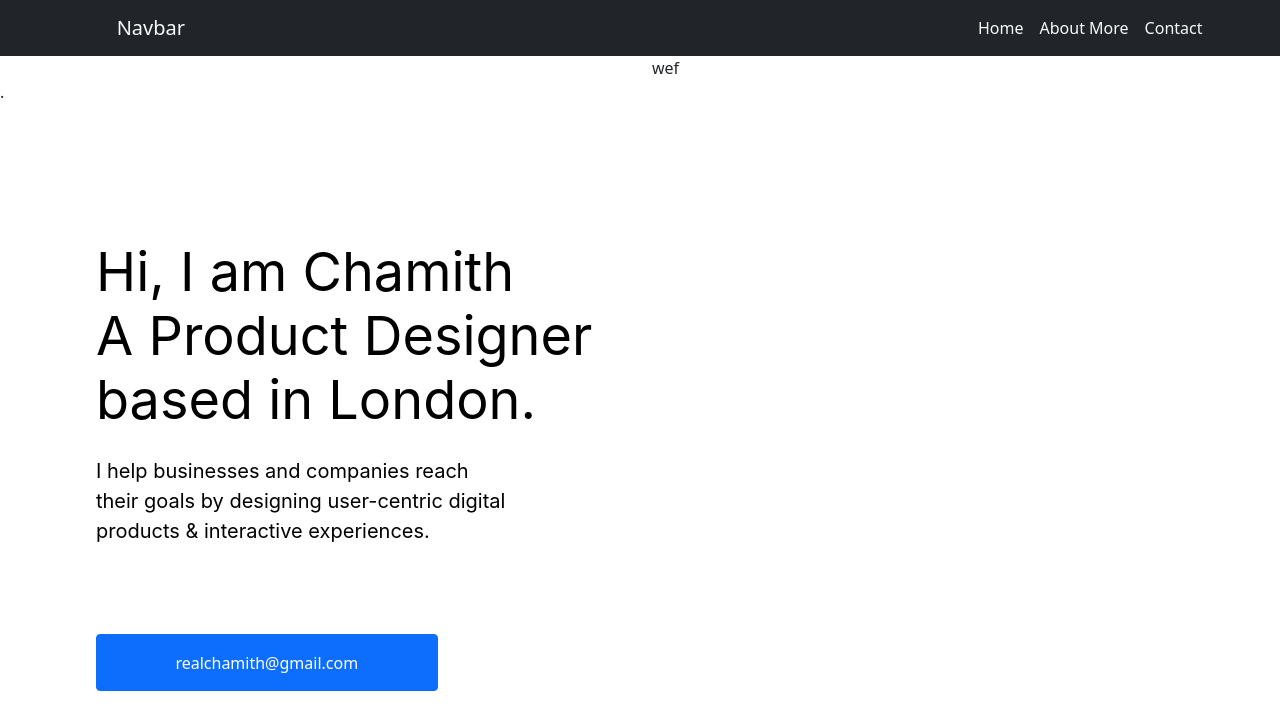
Repository: Realchamithweb/chamith-html
Page: index.html
The author's editor kept a copy of each file at every save. The page is drawn from the files as they stood at one save, then again after the next save.
The browser window is 1280 px wide. The pictures show the whole page.

Above is the page before, as saved 2023-01-02 20:56:06.

### index.html
<!doctype html>
<html lang="en">
  <head>
    <!-- Required meta tags -->
    <meta charset="utf-8">
    <meta name="viewport" content="width=device-width, initial-scale=1">
    <link rel="stylesheet" href="/css/style.css">
    <!-- Bootstrap CSS -->
    <link href="https://cdn.jsdelivr.net/npm/bootstrap@5.0.2/dist/css/bootstrap.min.css" rel="stylesheet" integrity="sha384-EVSTQN3/azprG1Anm3QDgpJLIm9Nao0Yz1ztcQTwFspd3yD65VohhpuuCOmLASjC" crossorigin="anonymous">

    <title>Hello, world!</title>
  </head>
  <body>
        <div class="head">
            <nav class="navbar navbar-expand-lg navbar-light bg-dark">
                <div class="container-fluid">
                    <div class="col-md-1"></div>
                <a class="navbar-brand col-md-8 text-light" href="#">Navbar</a>
                <button class="navbar-toggler" type="button" data-bs-toggle="collapse" data-bs-target="#navbarNavDropdown" aria-controls="navbarNavDropdown" aria-expanded="false" aria-label="Toggle navigation">
                    <span class="navbar-toggler-icon"></span>
                </button>
                <div class="collapse navbar-collapse" id="navbarNavDropdown">
                    <ul class="navbar-nav">
                    <li class="nav-item">
                        <a class="nav-link active text-light" aria-current="page" href="#">Home</a>
                    </li>
                    <li class="nav-item">
                        <a class="nav-link text-light" href="about-more.html">About More</a>
                    </li>
                    <li class="nav-item">
                        <a class="nav-link text-light" href="contact.html">Contact</a>
                    </li>
                    </ul>
                </div>
                </div>
            </nav>
        </div>


        <div class="hero">
            <div class="container-fluid">
                <div class="row">
                    <div class="col-lg-6">
                        <p class="hero-title">Hi, I am Chamith<br>
                            A Product Designer<br>
                            based in London.
                        </p>
                        <p class="hero-text">
                            I help businesses and companies reach <br>
                            their goals by designing user-centric digital <br>
                            products & interactive experiences.
                        </p>
                        <button class="btn btn-primary hero-btn" type="button">realchamith@gmail.com</button>
                    </div>
                    <div class="col-lg-6">
    wef
                    </div>
                </div>
            </div>
        </div>
        .



    <!-- Optional JavaScript; choose one of the two! -->

    <!-- Option 1: Bootstrap Bundle with Popper -->
    <script src="https://cdn.jsdelivr.net/npm/bootstrap@5.0.2/dist/js/bootstrap.bundle.min.js" integrity="sha384-MrcW6ZMFYlzcLA8Nl+NtUVF0sA7MsXsP1UyJoMp4YLEuNSfAP+JcXn/tWtIaxVXM" crossorigin="anonymous"></script>

    <!-- Option 2: Separate Popper and Bootstrap JS -->
    <!--
    <script src="https://cdn.jsdelivr.net/npm/@popperjs/core@2.9.2/dist/umd/popper.min.js" integrity="sha384-IQsoLXl5PILFhosVNubq5LC7Qb9DXgDA9i+tQ8Zj3iwWAwPtgFTxbJ8NT4GN1R8p" crossorigin="anonymous"></script>
    <script src="https://cdn.jsdelivr.net/npm/bootstrap@5.0.2/dist/js/bootstrap.min.js" integrity="sha384-cVKIPhGWiC2Al4u+LWgxfKTRIcfu0JTxR+EQDz/bgldoEyl4H0zUF0QKbrJ0EcQF" crossorigin="anonymous"></script>
    -->
  </body>
</html>

### css/style.css
.hero-title{
    position: absolute;
    width: 824px;
    height: 192px;
    left: 96px;
    top: 240px;

    font-family: 'Inter';
    font-style: normal;
    font-weight: 400;
    font-size: 54px;
    line-height: 64px;
    color: #000000;
}

.hero-text{
    position: absolute;
    width: 824px;
    height: 90px;
    left: 96px;
    top: 456px;

    font-family: 'Inter';
    font-style: normal;
    font-weight: 400;
    font-size: 20px;
    line-height: 30px;
    /* or 150% */
    color: #000000
}

.hero-btn{
    box-sizing: border-box;
    position: absolute;
    width: 341.57px;
    height: 57px;
    left: 96px;
    top: 634px;

    background: #FFFFFF;
    border: 1px solid #000000;
    border-radius: 4px;
}

After the next save:
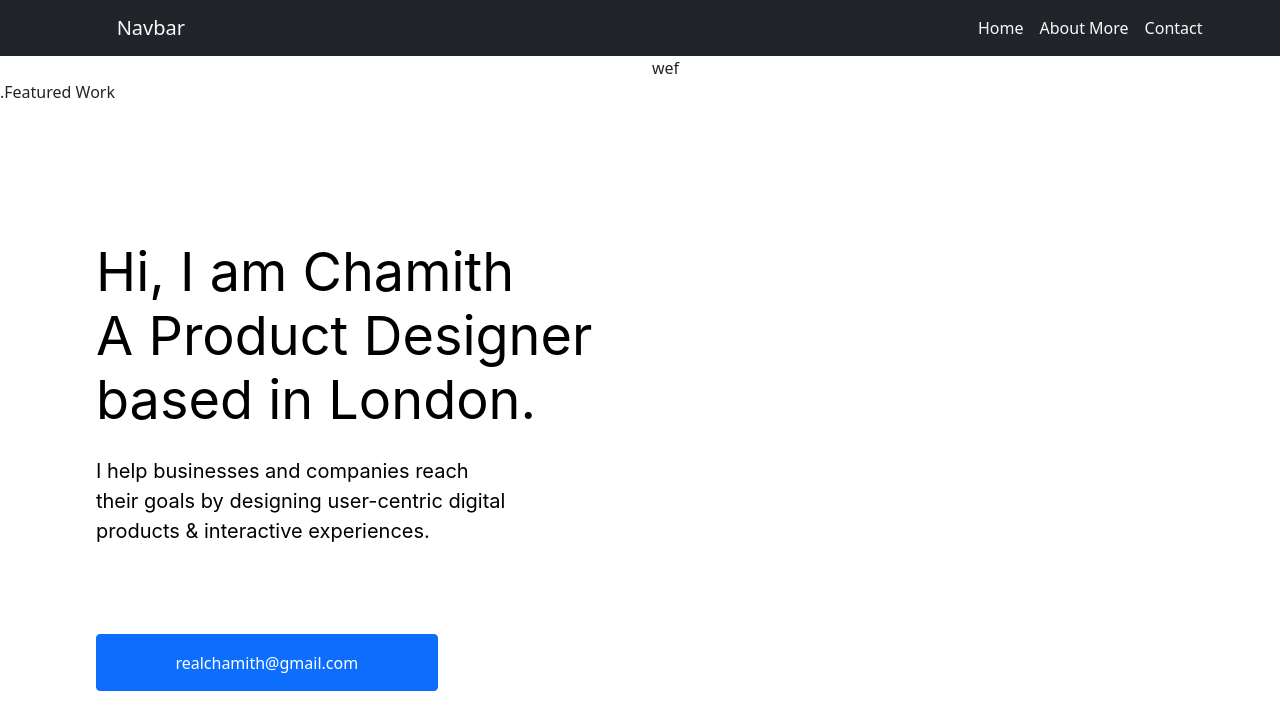
Saved 8 s later.
--- a/index.html
+++ b/index.html
@@ -58,7 +58,7 @@
                 </div>
             </div>
         </div>
-        .
+        .Featured Work
 
 
 
